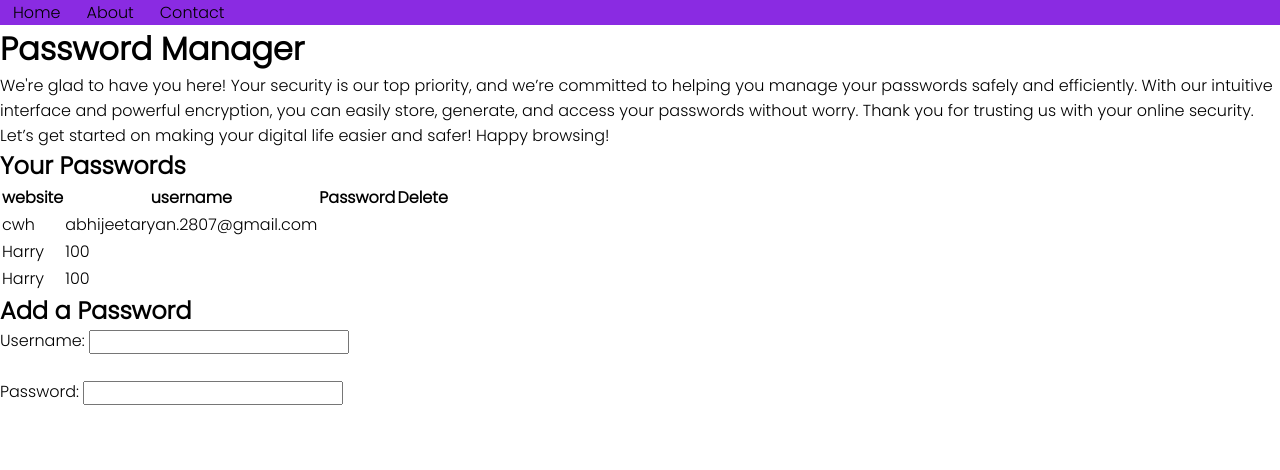
Repository: Abhi2807ar/PASSWORD-MANAGER
Page: index.html
The author's editor kept a copy of each file at every save. The page is drawn from the files as they stood at one save, then again after a run of saves.
The browser window is 1280 px wide. The pictures show the whole page.

Above is the page before, as saved 2024-10-14 14:47:01.

After the next 7 saves:
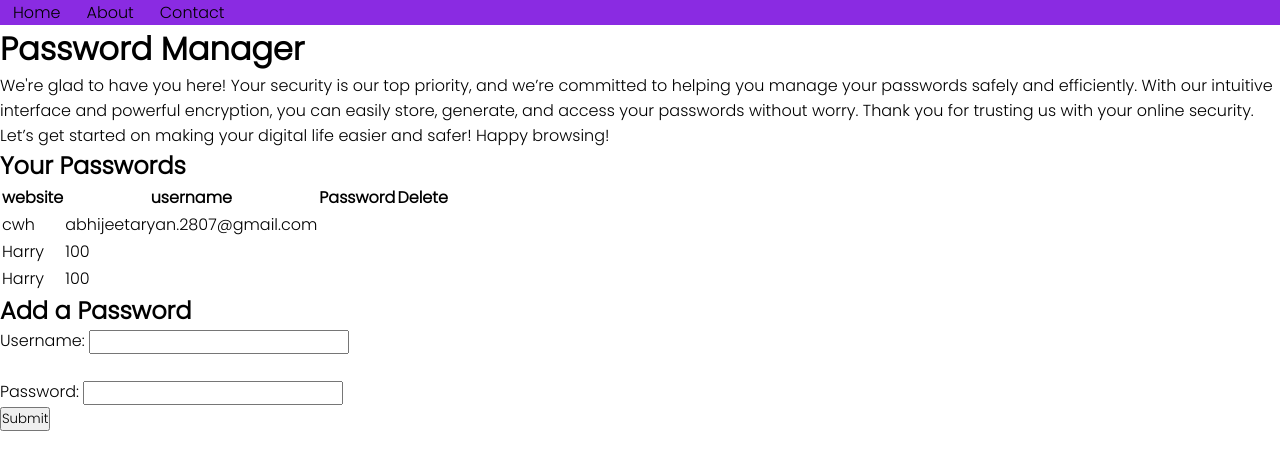
The 7 saves are shown as one change because they came seconds apart.
The last was saved 30 s later.
--- a/index.html
+++ b/index.html
@@ -83,7 +83,9 @@ Happy browsing!
             <input type="password" id="password" name="password" required>
             <br>
 
-
+            <!-- Submit button -->
+           <input type="submit" value="Submit">
+                </form>
     </div>
 
 
